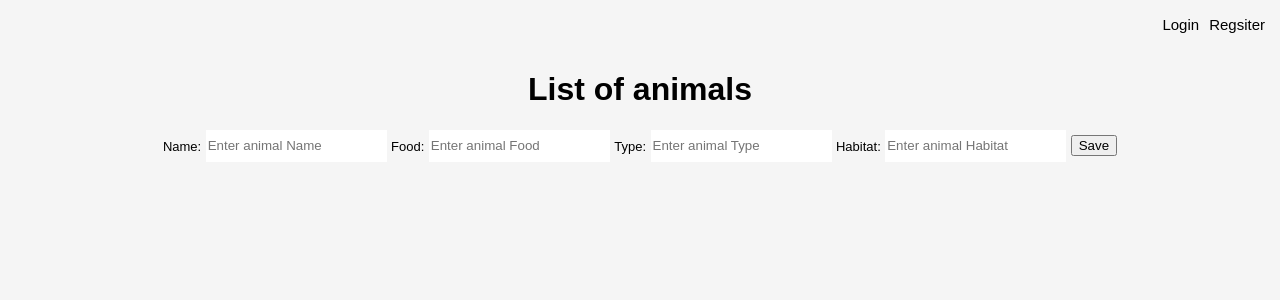
Repository: Dennis-star1001/PHP-CRUD
Page: http://localhost/
An editor plug-in stored every save of this project. The page is shown before and after the next save, followed by the edit.
The browser window is 1280 px wide. The pictures show the whole page.
The page is run by PHP 8.4 with error messages shown; the project is at /var/www/html/.

Above is the page before, as saved 2022-07-05 22:53:38.

### index.php
<!DOCTYPE html>
<html lang="en">

<head>
    <meta charset="UTF-8">
    <meta http-equiv="X-UA-Compatible" content="IE=edge">
    <meta name="viewport" content="width=device-width, initial-scale=1.0">
    <link rel="stylesheet" href="style.css">

    <title>Document</title>
</head>

<body>
    <nav>
        <ul class="nav-links">
            <li><a href="login.php">Login</a></li>
            <li><a href="register.php">Regsiter</a></li>
        </ul>
    </nav>

    <div class="main-animal">
        <h1>List of animals</h1>
        <form method="POST" action="index.php">
            <label for="name">Name:</label>
            <input type="text" placeholder="Enter animal Name" name='name'>

            <label for="name">Food:</label>
            <input type="text" placeholder="Enter animal Food" name='food'>

            <label for="name">Type:</label>
            <input type="text" placeholder="Enter animal Type" name='type'>

            <label for="name">Habitat:</label>
            <input type="text" placeholder="Enter animal Habitat" name='habitat'>
            <button type='submit'>Save</button>
        </form>

    </div>
</body>

</html>

### style.css
body {
    margin: 0px;
    font-family: sans-serif;
    background-color: whitesmoke;
}

.title{

    text-align: center;

}

.container{
    display: flex;
    justify-content: center;
    align-items: center;
    height: 100vh;
}
.left{
    display: flex;
    flex-direction: column;
    width: 20%;
    /* border: 1px solid black; */
    box-shadow: 0 2px 5px gray;
    border-radius: 10px;
    padding: 20px;
    gap: 10px;
}
.input-field{
    display: flex;
    flex-direction: column;
}
input{
    height: 30px;
    border: none;

}
input:focus{
    outline: none;
    border-bottom: 1px solid gray;
}
label{
    font-size: 13px;
}
.submit{
    background-color: rgb(54, 173, 30);
    border: none;
    color: white;
}
.error {
    height: 5%;
    width: 100%;
    background-color: pink;
    color: red;
    font-family: sans-serif;
    display: flex;
    justify-content: center;
    align-items: center;
    font-size: 15px;
}

.success {
    height: 10%;
    width: 100%;
    background-color: lightgreen;
    color: green;
    font-family: sans-serif;
    display: flex;
    justify-content: center;
    align-items: center;
    font-size: 15px;
}
p{
    font-size: 11px;
    text-align: center;
}
.nav-links{
    display: flex;
    list-style: none;
    justify-content: right;
    padding-right: 10px;

}

.nav-links li a{
    padding: 5px;
    font-size: 15px;
    text-decoration: none;
    color: black;
    ba
}
.main-animal{
    display: flex;
    justify-content: center;
    flex-direction: column;
    align-items: center;
}

After the next save:
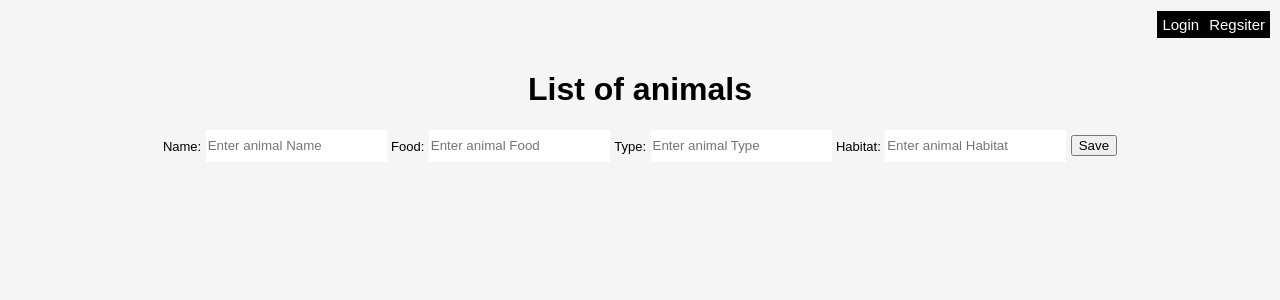
Saved 10 s later.
--- a/style.css
+++ b/style.css
@@ -86,8 +86,8 @@ p{
     padding: 5px;
     font-size: 15px;
     text-decoration: none;
-    color: black;
-    ba
+    color: white;
+    background-color: black;
 }
 .main-animal{
     display: flex;
